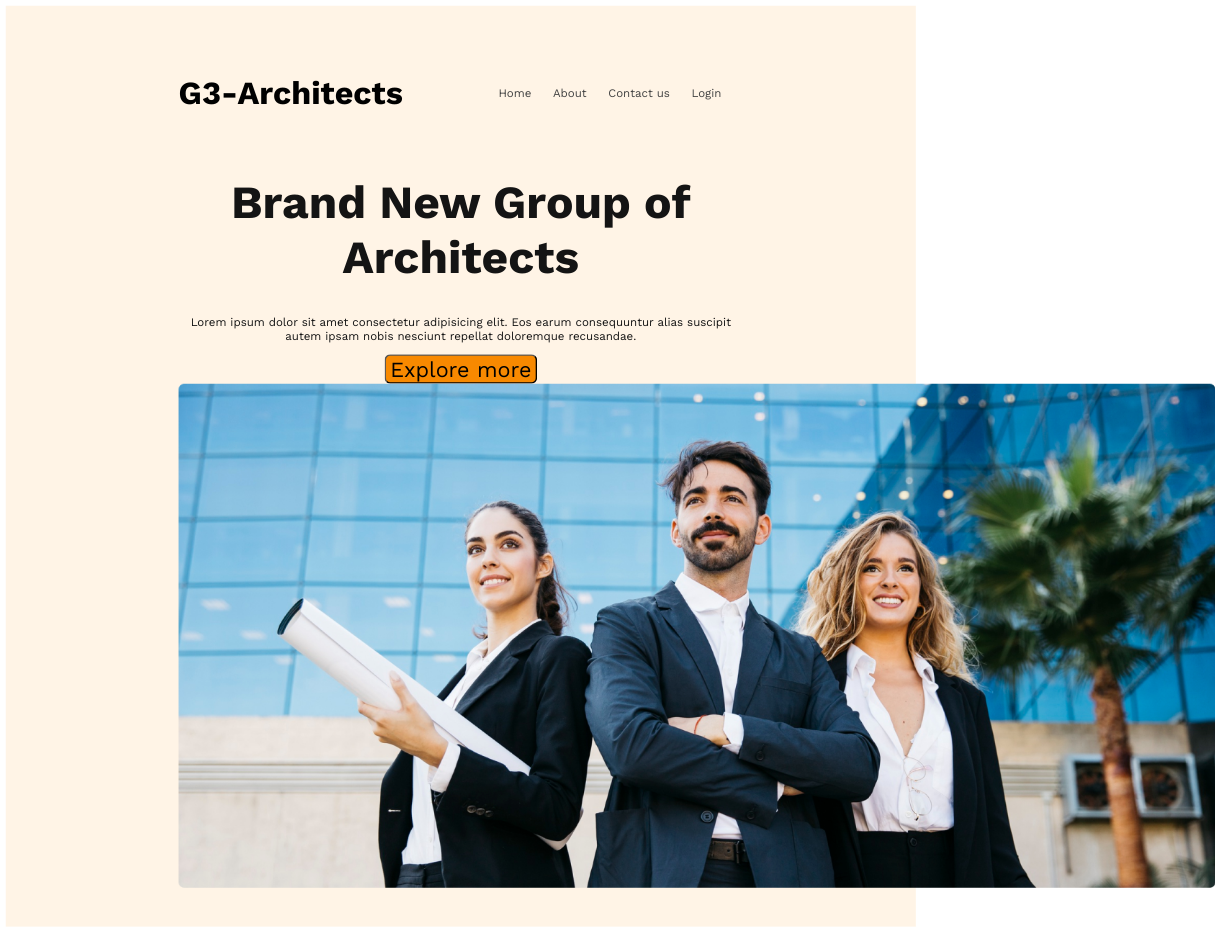
Repository: RudrasahaDibos/architects-resources
Page: index.html
An editor plug-in stored every save of this project. The page is shown before and after the next save, followed by the edit.
The browser window is 1280 px wide. The page is 1688 px wide, so the pictures cover 1688 px, including what lies to the right of the window. The pictures show the whole page, at 72% of full size.

Above is the page before, as saved 2024-10-06 17:02:05.

### index.html
<!DOCTYPE html>
<html lang="en">
<head>
    <meta charset="UTF-8">
    <meta name="viewport" content="width=device-width, initial-scale=1.0">
    <link rel="stylesheet" href="index.css">
    <title>Responsive web side</title>
</head>
<body>
       <header>
              <nav>
                <h3 class="nav-title">G3-Architects</h3>
              <ul>
                 <li><a href="">Home</a></li>
                 <li><a href="">About</a></li>
                 <li><a href="">Contact us</a></li>
                 <li><a href="">Login</a></li>
              </ul>
              </nav>
             <div class="banner">
                <div class="banner-content">
                     <h1 class="banner-title">Brand New Group of Architects</h1>
                     <p class="banner-discription">Lorem ipsum dolor sit amet consectetur adipisicing elit. Eos earum consequuntur alias suscipit autem ipsam nobis nesciunt repellat doloremque recusandae.</p>
                     <button class="btn-banner">Explore more</button>
                </div>
                 <img src="images/banner.png" alt="">
             </div>

       </header>
       <main>

       </main>
       <footer>

       </footer>
</body>
</html>

### index.css
@import url('https://fonts.googleapis.com/css2?family=Work+Sans:ital,wght@0,100..900;1,100..900&display=swap');
/* shared section
 */
*{
    font-family: "Lato", sans-serif;
    font-family: "Open Sans", sans-serif;
    font-family: "Work sans", sans-serif;


}
.btn-banner{
    background-color: rgb(248, 137, 0);
    border-radius: 8px;
    font-size: 30px;
    padding: 20px 25;

}

/* header section */
header{
    background-color: rgba(255,144,14,0.10);
    padding: 50px 240px;

}
.nav-title{
    font-size: 2.8rem;
    font-weight: 700px;
}
nav{
    display: flex;
    justify-content: space-between;
    align-items: center;
}
nav >ul{
    display: flex;
}
nav li{
    list-style: none;
    margin-right: 30px;
    font-weight: 500px;
    font-size: 1rem;
}
 nav li a{
    text-decoration: none;
    color: #424242;
 }

 /* banner style */

 .banner-content{
    max-width: 800px;
    text-align: center;
    margin: 0 auto;
 }
 .banner-title{
    font-size: 4rem;
    font-weight: 700;
    color: #141414;
 }
 .banner-discription{
    color: #141414;
 }

After the next save:
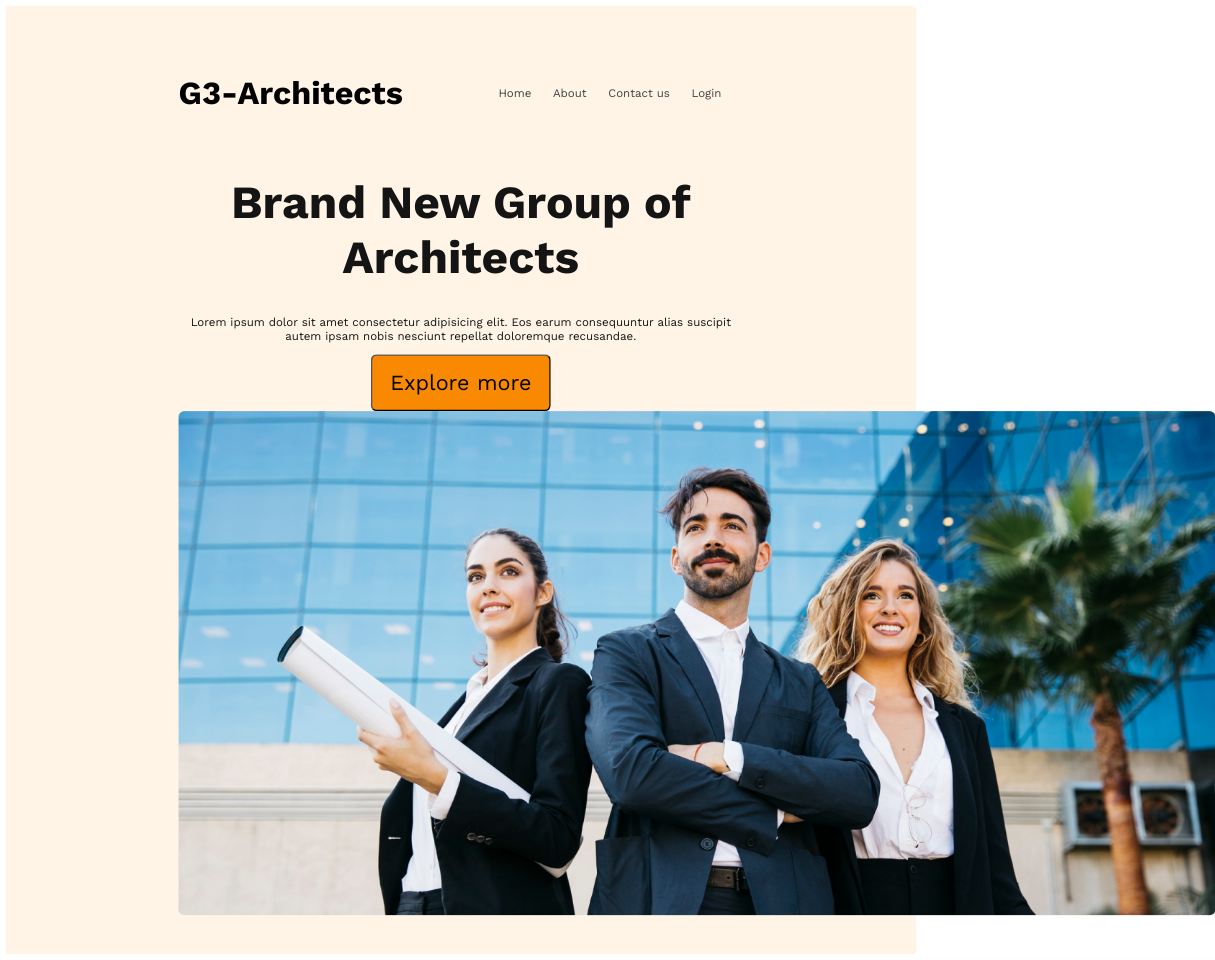
Saved 4 s later.
--- a/index.css
+++ b/index.css
@@ -12,7 +12,7 @@
     background-color: rgb(248, 137, 0);
     border-radius: 8px;
     font-size: 30px;
-    padding: 20px 25;
+    padding: 20px 25px;
 
 }
 
